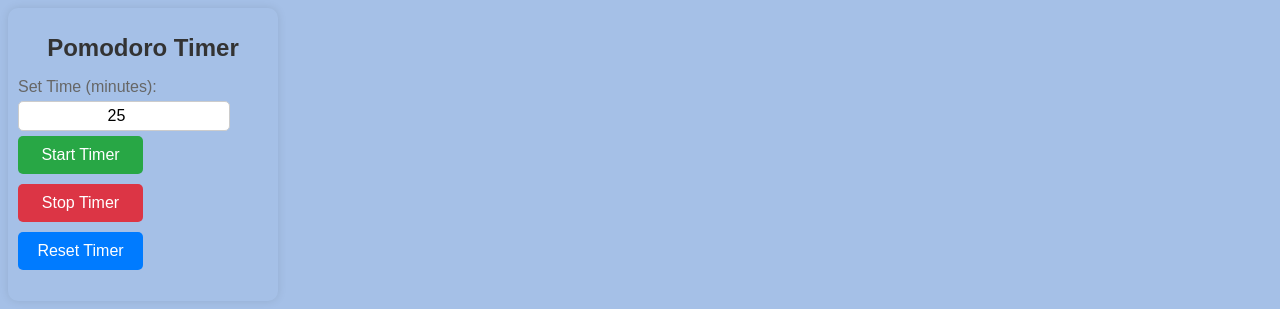
Repository: Prateek09102001/POMODORO-TIMER-UPDATEED-EXTENSIONS
Page: popup.html
The author's editor kept a copy of each file at every save. The page is drawn from the files as they stood at one save, then again after a run of saves.
The browser window is 1280 px wide. The pictures show the whole page.

Above is the page before, as saved 2024-09-30 18:56:59.

After the next 2 saves:
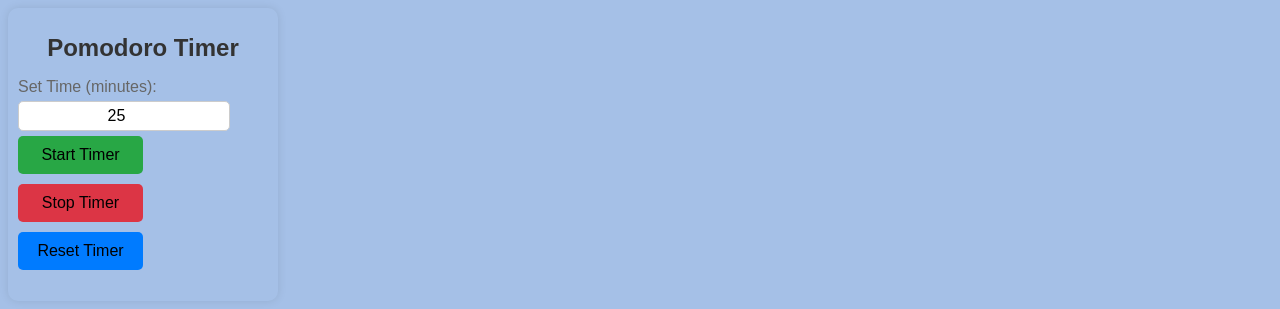
The 2 saves are shown as one change because they came seconds apart.
The last was saved 21 s later.
--- a/style.css
+++ b/style.css
@@ -34,6 +34,7 @@
     margin: 5px auto;
     border: none;
     border-radius: 5px;
+    fl
     color: #fff;
     font-size: 1em;
     cursor: pointer;

After the 2 saves that followed:
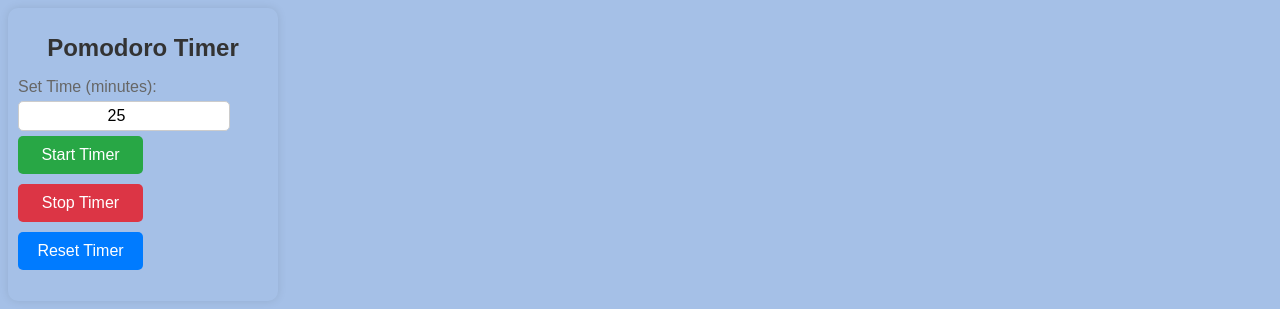
The 2 saves are shown as one change because they came seconds apart.
The last was saved 6 s later.
--- a/style.css
+++ b/style.css
@@ -34,7 +34,7 @@
     margin: 5px auto;
     border: none;
     border-radius: 5px;
-    fl
+    flex: auto;
     color: #fff;
     font-size: 1em;
     cursor: pointer;
